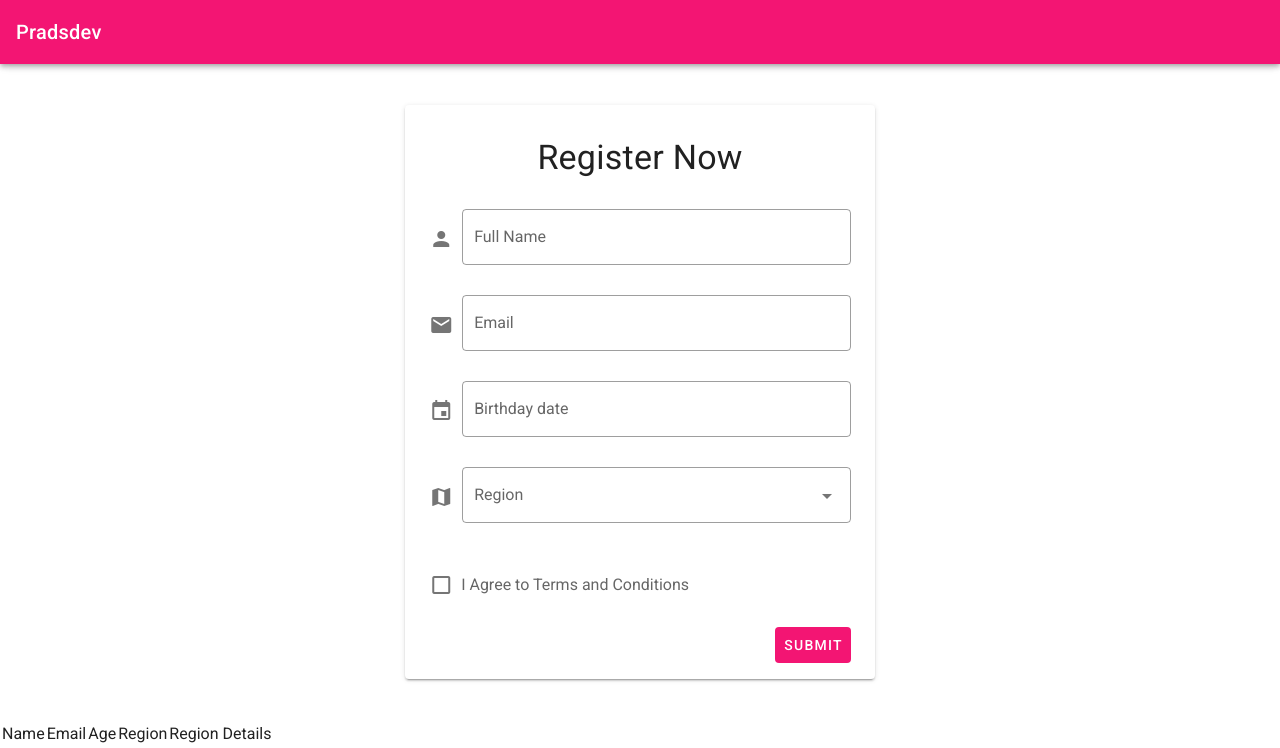
Repository: pradsdev/vue-form-validate
Page: /
These files come from the project's save history. The page is drawn as it stood at one moment and after the next save; the edit follows.
The browser window is 1280 px wide. The pictures show the whole page.
The project was rebuilt for these pictures with package versions that can differ from the ones it lists, and the page was loaded fresh each time. Also part of the build but not shown: vue.config.js.

Above is the page before, as saved 2020-12-22 16:52:21.

### src/App.vue
<template>
  <v-app>
    <v-app-bar
      app
      color="primary"
      dark
    >
      <div class="d-flex align-center">
        <div class="title">
          Pradsdev
        </div>
      </div>
    </v-app-bar>

    <v-main>
      <Form @update="($event) => items.push($event)"/>
      <Table :data="items"/>
    </v-main>
  </v-app>
</template>

<script>
export default {
  name: 'App',

  components: {
    Form: () => import('./components/Form'),
    Table: () => import('./components/Table')
  },

  data: () => ({
    items: []
  })
}
</script>

### src/plugins/vuetify.js
import Vue from 'vue'
import Vuetify from 'vuetify/lib/framework'

Vue.use(Vuetify)

export default new Vuetify({
  theme: {
    options: {
      customProperties: true
    },
    themes: {
      light: {
        primary: '#f31573',
        secondary: '#424242',
        accent: '#82B1FF',
        error: '#FF5252',
        info: '#2196F3',
        success: '#4CAF50',
        warning: '#FFC107'
      }
    }
  }
})

### src/components/Form.vue
<template>
  <v-container fill-height>
    <v-row class="text-center justify-center">
      <v-col cols="5">
        <v-card>
          <v-card-title class="py-8 display-1 mx-2 d-flex flex-row justify-center">
            <div>
              Register Now
            </div>
          </v-card-title>
          <v-form
            ref="form"
            class="mx-6"
            @submit.prevent="submitForm"
          >
            <v-text-field
              v-model="name"
              outlined
              label="Full Name"
              :rules="[v => !!v || 'Full Name is required', v => /^[a-zA-Z]+(?:[\s.]+[a-zA-Z]+)*$/.test(v) || 'Full name must be valid']"
              prepend-icon="mdi-account"
            />
            <v-text-field
              v-model="email"
              outlined
              label="Email"
              :rules="[v => !!v || 'Email is required', v => /^\w+([.-]?\w+)*@\w+([.-]?\w+)*(\.\w{2,63})+$/.test(v) || 'Email must be valid']"
              prepend-icon="mdi-email"
            />
            <v-menu
              ref="menu"
              v-model="menu"
              :close-on-content-click="false"
              transition="scale-transition"
              offset-y
              min-width="290px"
            >
              <template v-slot:activator="{ on, attrs }">
                <v-text-field
                  v-model="date"
                  label="Birthday date"
                  prepend-icon="mdi-calendar"
                  readonly
                  outlined
                  :rules="[v => !!v || 'Age is required']"
                  v-bind="attrs"
                  v-on="on"
                />
              </template>
              <v-date-picker
                ref="picker"
                v-model="date"
                :max="ageLimitDate"
                @change="save"
              />
            </v-menu>
            <v-select
              v-model="region"
              :items="items"
              label="Region"
              outlined
              :rules="[v => !!v || 'Region is required']"
              prepend-icon="mdi-map"
            />
            <v-checkbox
              v-model="checkbox"
              :rules="[v => !!v || 'Please check the checkbox']"
              label="I Agree to Terms and Conditions"
            />
          </v-form>
          <v-card-actions class="px-6 pb-4">
            <v-spacer></v-spacer>
            <v-btn
              :loading="loading"
              color="primary"
              type="submit"
              depressed
              @click="submitForm"
            >
              submit
            </v-btn>
          </v-card-actions>
        </v-card>
      </v-col>
    </v-row>
  </v-container>
</template>

<script>
import axios from 'axios'
import * as moment from 'moment'
export default {
  name: 'HelloWorld',
  data: () => ({
    date: null,
    menu: false,
    items: ['Africa', 'Americas', 'Asia', 'Europe', 'Oceania'],
    checkbox: false,
    loading: false,
    region: '',
    name: '',
    email: '',
    ageLimitDate: ''
  }),
  mounted () {
    const ageLimitDate = moment().subtract(18, 'years').format('YYYY-MM-DD')
    this.ageLimitDate = ageLimitDate
  },
  watch: {
    menu (val) {
      val && setTimeout(() => (this.$refs.picker.activePicker = 'YEAR'))
    }
  },
  methods: {
    save (date) {
      this.$refs.menu.save(date)
    },
    async submitForm () {
      if (!this.$refs.form.validate()) return
      try {
        this.loading = true
        const data = {
          name: this.name,
          email: this.email,
          age: moment().diff(this.date, 'years', false),
          region: this.region
        }
        const result = await axios.get(`https://restcountries.eu/rest/v2/region/${this.region}`)
        data.regionDetails = result.data
        this.$emit('update', data)
        this.$refs.form.reset()
      } catch (error) {
        console.log(error)
      } finally {
        this.loading = false
      }
    }
  }
}
</script>

### src/components/Table.vue
<template>
<table>
  <thead>
    <td>
      Name
    </td>
    <td>
      Email
    </td>
    <td>
      Age
    </td>
    <td>
      Region
    </td>
    <td>
      Region Details
    </td>
  </thead>
  <tr v-for="user in userData" :key="user.email">
    <td>
      {{ user.name }}
    </td>
    <td>
      {{ user.email }}
    </td>
    <td>
      {{ user.age }}
    </td>
    <td>
      {{ user.region }}
    </td>
    <td>
      {{ user.regionDetails }}
    </td>
  </tr>

</table>
</template>

<script>
export default {
  props: {
    data: {
      type: Array,
      required: true,
      default: () => []
    }
  },
  data: () => ({
    userData: []
  }),
  watch: {
    data: {
      handler (val) {
        if (!val) return
        this.userData = val
      },
      immediate: true
    }
  }

}
</script>

Loaded but not shown: public/index.html (common file); src/main.js (common file)

After the next save:
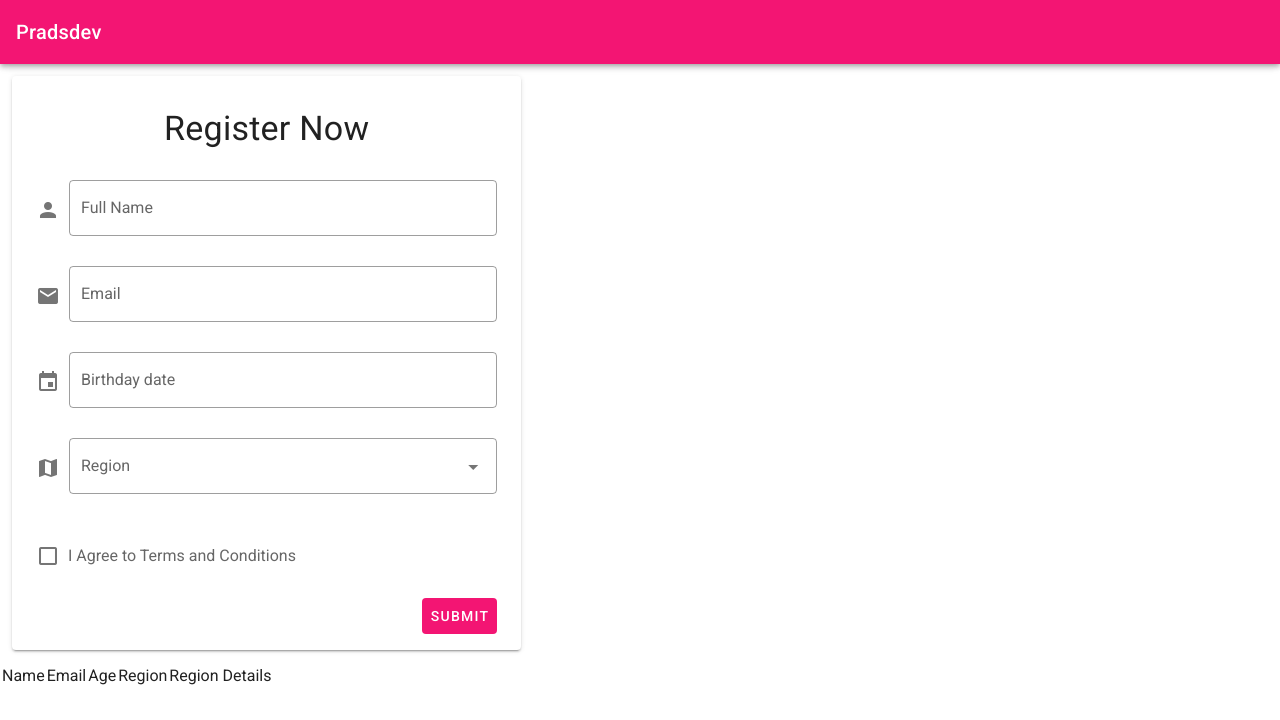
Saved 105 s later.
--- a/src/components/Form.vue
+++ b/src/components/Form.vue
@@ -1,7 +1,5 @@
 <template>
-  <v-container fill-height>
-    <v-row class="text-center justify-center">
-      <v-col cols="5">
+<v-col cols="5">
         <v-card>
           <v-card-title class="py-8 display-1 mx-2 d-flex flex-row justify-center">
             <div>
@@ -82,8 +80,6 @@
           </v-card-actions>
         </v-card>
       </v-col>
-    </v-row>
-  </v-container>
 </template>
 
 <script>
